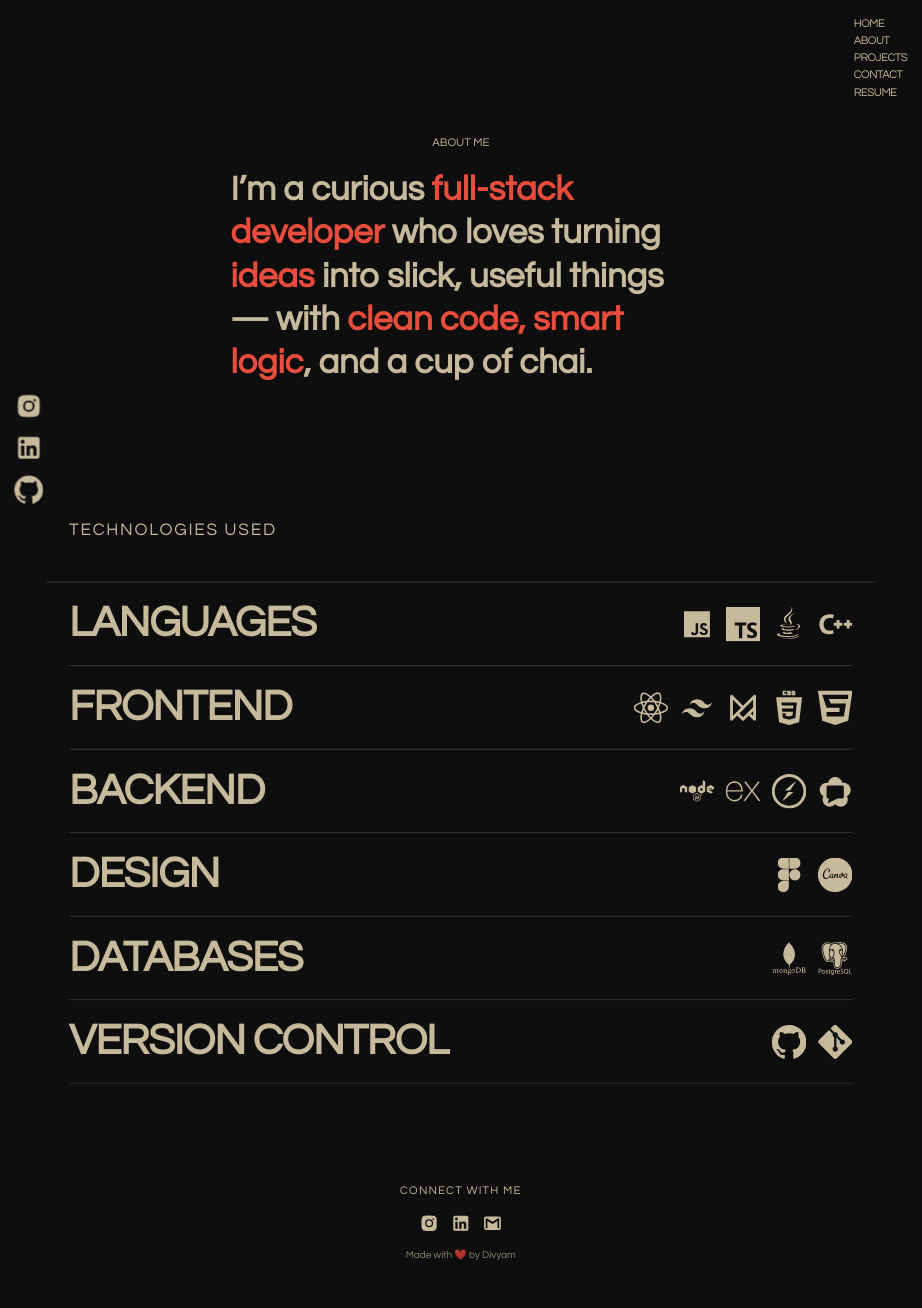
Repository: divyamGNH/DivyamPF
Page: /about
These files come from the project's save history. The page is drawn as it stood at one moment and after the next save; the edit follows.
The browser window is 1280 px wide. The pictures show the whole page, at 72% of full size.
The project was rebuilt for these pictures with package versions that can differ from the ones it lists, and the page was loaded fresh each time. Also part of the build but not shown: vite.config.js, src/App.css, src/components/MaskLayer.jsx, src/pages/Landing.jsx, src/pages/topProjects.jsx, src/pages/Home.jsx, src/pages/TimeLine.jsx, src/pages/ProjectLanding.jsx and 2 more.

Above is the page before, as saved 2025-12-21 04:08:52.

### index.html
<!doctype html>
<html lang="en">
  <head>
    <meta charset="UTF-8" />
    <meta name="viewport" content="width=device-width, initial-scale=1.0" />
    <title>DivyamPF</title>
    <link href="https://fonts.googleapis.com/css2?family=Poppins:wght@100..900&family=Questrial&display=swap" rel="stylesheet">
  </head>
  <body>
    <div id="root"></div>
    <script type="module" src="/src/main.jsx"></script>
  </body>
</html>

### src/App.jsx
import { BrowserRouter as Router, Routes, Route } from "react-router-dom";
import { useEffect, useState } from "react";
import "./App.css";

import Home from "./pages/Home";
import About from "./pages/About.jsx";
import Projects from "./pages/Projects.jsx";

import useMouseTracking from "./Hooks/useMouseTracking.js";
import CursorFollower from "./components/CursorFollower.jsx";
import Footer from "./pages/Footer.jsx";

function App() {
  const [enableCursor, setEnableCursor] = useState(false);

  useEffect(() => {
    const checkDevice = () => {
      const isLargeScreen = window.innerWidth >= 768;
      const hasFinePointer = window.matchMedia("(pointer: fine)").matches;

      setEnableCursor(isLargeScreen && hasFinePointer);
    };

    checkDevice();
    window.addEventListener("resize", checkDevice);

    return () => window.removeEventListener("resize", checkDevice);
  }, []);

  // only track mouse if cursor is enabled
  useMouseTracking();

  return (
    <Router>
      {enableCursor && <CursorFollower />}

      <Routes>
        <Route path="/" element={<Home />} />
        <Route path="/about" element={<About />} />
        <Route path="/projects" element={<Projects />} />
      </Routes>

      <Footer />
    </Router>
  );
}

export default App;

### src/index.css
@import url('https://fonts.googleapis.com/css2?family=Poppins:wght@100..900&family=Questrial&display=swap');
@import "tailwindcss";

body {
  margin: 0;
  background-color: #0E0E0E;
  font-family: 'Questrial', sans-serif;
}

### src/pages/About.jsx
import Socials from "./Socials";
import Navigations from "./Navigations";
import AboutLanding from "./AboutLanding";
import TechStack from "./TechStack";
import Footer from "./Footer";
import ScrolltoAnimate from "../animations/ScrolltoAnimate.jsx";
import TimeLine from "./TimeLine.jsx";

const About = () => {
  return (
    <div>
      <Socials />
      <Navigations />
      <AboutLanding/>
      <ScrolltoAnimate>
        <TechStack/>
      </ScrolltoAnimate>

      {/* <div className="h-[10vh]"></div> */}
      {/* <TimeLine/> */}
      <div className="h-[10vh]"></div>
    </div>
  );
};

export default About;

### src/Hooks/useMouseTracking.js
import {useEffect} from "react";
import useMouseStore from "../Store/useMouseStore";

const useMouseTracking = ()=>{
    const setPosition = useMouseStore(state => state.setPosition);

    useEffect(()=>{
        const handleMouseMove = (e) => {
            setPosition(e.clientX, e.clientY);
        };

        window.addEventListener('mousemove', handleMouseMove);

        return () => {
            window.removeEventListener('mousemove', handleMouseMove);
        };
    },[setPosition]);
}

export default useMouseTracking;

### src/pages/Footer.jsx
function Footer() {
  return (
    <div
      id="footer"
      className="relative w-full max-w-full overflow-x-hidden bg-[#0E0E0E] text-[#C7B99B] py-16 z-51"
    >
      <div className="flex flex-col items-center text-center gap-5">

        {/* TITLE */}
        <p className="tracking-widest text-md sm:text-base">
          CONNECT WITH ME
        </p>

        {/* SOCIAL ICONS */}
        <div className="flex items-center gap-4">
          <a href="https://www.instagram.com/divvvvvyam/" className="hover:opacity-80 transition" target="_blank" rel="noopener noreferrer">
            <img src="./instaIcon.svg" alt="Instagram" className="w-7 h-7" />
          </a>

          <a href="https://www.linkedin.com/in/divyam-khandelwal-b54594338/" className="hover:opacity-80 transition" target="_blank" rel="noopener noreferrer">
            <img src="./linkedinIcon.svg" alt="LinkedIn" className="w-7 h-7" />
          </a>

          <a href="https://mail.google.com/mail/?view=cm&fs=1&to=divyamproff1521@gmail.com" target="_blank" rel="noopener noreferrer" className="hover:opacity-80 transition">
            <img src="./gmailIcon.svg" alt="Email" className="w-7 h-7" />
          </a>

        </div>

        {/* FOOTER NOTE */}
        <p className="text-sm opacity-70">
          Made with ❤️ by Divyam
        </p>

      </div>
    </div>
  );
}

export default Footer;

### src/pages/Socials.jsx
const Socials = () => {
  return (
    <div>
      <div className="fixed bottom-5 left-5 flex flex-col gap-4.5 z-50">
        <a href="https://www.instagram.com/divvvvvyam/" target="_blank" rel="noopener noreferrer">
          <img src="/instaIcon.svg" alt="Instagram" className="gap-4.5 size-10"/>
        </a>
        <a href="https://www.linkedin.com/in/divyam-khandelwal-b54594338/" target="_blank" rel="noopener noreferrer">
          <img src="/linkedinIcon.svg" alt="LinkedIn" className="gap-4.5 size-10"/>
        </a>
        <a href="http://github.com/divyamGNH" target="_blank" rel="noopener noreferrer">
          <img src="/github.svg" alt="GitHub" className="gap-4.5 size-10"/>
        </a>
      </div>
    </div>
  );
};

export default Socials;

### src/pages/Navigations.jsx
import { animate } from "framer-motion";

const Navigations = () => {
  const handleScroll = () => {
    const footer = document.getElementById("footer");
    if (footer) {
      const targetY = footer.getBoundingClientRect().top + window.pageYOffset;

      animate(window.scrollY, targetY, {
        duration: 1.2,
        ease: [0.42, 0, 0.58, 1],
        onUpdate: (latest) => window.scrollTo(0, latest),
      });
    }
  };

  return (
    <div className="text-[#C7B99B]">
      <div className="fixed flex flex-col tracking-tighter right-5 top-5 gap-0.8 z-50 text-md">
        <a href="/">HOME</a>
        <a href="/about">ABOUT</a>
        <a href="/projects">PROJECTS</a>
        <a onClick={ handleScroll}>
          CONTACT
        </a>
        <a href="./Divyam-Resume.pdf" target="_blank" rel="noopener norefferer">RESUME</a>
      </div>
    </div>
  );
};

export default Navigations;

### src/animations/ScrolltoAnimate.jsx
import { motion } from "framer-motion";

export default function ScrolltoAnimate({ children }) {
  return (
    <motion.div
      initial={{ opacity: 0 }}
      whileInView={{ opacity: 1 }}
      exit={{ opacity: 0 }}
      transition={{ duration: 0.6, ease: "easeInOut" }}
      viewport={{ amount: 0.3, once: false }}
    >
      {children}
    </motion.div>
  );
}

### src/pages/AboutLanding.jsx
"use client";

import { useEffect, useState } from "react";
import MaskLayer from "../components/MaskLayer.jsx";
import useMouseStore from "../Store/useMouseStore";

function AboutLanding() {
  const setHover = useMouseStore((s) => s.setHover);
  const setMouse = useMouseStore((s) => s.setMouse);

  const [enableHover, setEnableHover] = useState(false);

  useEffect(() => {
    // cursor outside viewport on load
    setMouse(-9999, -9999);

    const checkDevice = () => {
      const isLargeScreen = window.innerWidth >= 768;
      const hasFinePointer = window.matchMedia("(pointer: fine)").matches;

      setEnableHover(isLargeScreen && hasFinePointer);
    };

    checkDevice();
    window.addEventListener("resize", checkDevice);

    return () => window.removeEventListener("resize", checkDevice);
  }, [setMouse]);

  return (
    <div className="relative min-h-[100svh] w-full max-w-full overflow-x-hidden font-[Questrial] bg-[#0E0E0E]">

      {/* ---------- MASK / HOVER (DESKTOP ONLY) ---------- */}
      {enableHover ? (
        <MaskLayer>
          <div
            onMouseEnter={() => setHover(true)}
            onMouseLeave={() => setHover(false)}
            className="
              absolute top-1/2 left-1/2
              -translate-x-1/2 -translate-y-1/2
              pointer-events-auto
              inline-block
            "
            style={{ background: "transparent" }}
          >
            <div className="pointer-events-none max-w-[800px] text-left">
              <p className="text-[14px] sm:text-[16px] text-black mb-6 text-center">
                ABOUT ME
              </p>

              <p
                className="
                  font-extrabold text-black leading-tight
                  text-xl sm:text-4xl md:text-5xl
                "
              >
                I’ve shipped code at 2AM, broken production by accident, and Googled
                the same bug five times — but hey, that’s how the magic really happens.
              </p>
            </div>
          </div>
        </MaskLayer>
      ) : null}

      {/* ---------- VISIBLE TEXT (ALL DEVICES) ---------- */}
      <div
        className="
          absolute top-1/2 left-1/2
          -translate-x-1/2 -translate-y-1/2
          z-[1]
          max-w-[800px]
          text-left
          scale-[1.15] sm:scale-100
        "
      >
        <p className="text-[14px] sm:text-[16px] text-[#C7B99B] mb-6 text-center">
          ABOUT ME
        </p>

        <p
          className="
            font-extrabold text-[#C7B99B] leading-tight
            text-2xl sm:text-4xl md:text-5xl
          "
        >
          I’m a curious{" "}
          <span className="text-[#E74C3C]">full-stack developer</span>{" "}
          who loves turning{" "}
          <span className="text-[#E74C3C]">ideas</span>{" "}
          into slick, useful things — with{" "}
          <span className="text-[#E74C3C]">clean code, smart logic</span>,
          and a cup of chai.
        </p>
      </div>
    </div>
  );
}

export default AboutLanding;

### src/pages/TechStack.jsx
// Helper function to render icons
function renderIcons(icons) {
  return icons.map((icon, index) => (
    <div
      key={index}
      className="
        h-10 w-10 sm:h-12 sm:w-12
        flex items-center justify-center
      "
    >
      <img
        src={icon.src}
        alt={icon.alt || "icon"}
        className="h-full w-full object-contain"
      />
    </div>
  ));
}

function StackBlock({ name, icons }) {
  return (
    <div>
      <div
        className="
          flex flex-row justify-between items-center
          px-6 sm:px-10 md:px-16 lg:px-24
          py-5
        "
      >
        {/* STACK NAME — hidden on phones */}
        <p
          className="
            hidden sm:block
            max-w-[60%]
            text-4xl sm:text-5xl md:text-6xl
            font-extrabold uppercase
            tracking-tight leading-tight
          "
        >
          {name}
        </p>

        {/* ICONS — always visible */}
        <div className="flex gap-4 shrink-0">
          {renderIcons(icons)}
        </div>
      </div>

      {/* SEPARATOR */}
      <hr className="opacity-30 mx-6 sm:mx-10 md:mx-16 lg:mx-24" />
    </div>
  );
}

const TechStack = () => {
  const techStacks = [
    {
      name: "Languages",
      icons: [
        { src: "/jsIcon.svg", alt: "JavaScript" },
        { src: "/tsIcon.svg", alt: "TypeScript" },
        { src: "/javaIcon.svg", alt: "Java" },
        { src: "/cppIcon.svg", alt: "C++" },
      ],
    },
    {
      name: "Frontend",
      icons: [
        { src: "/reactIcon.svg", alt: "React" },
        { src: "/tailwindIcon.svg", alt: "HTML" },
        { src: "/framerIcon.svg", alt: "Framer Motion" },
        { src: "/cssIcon.svg", alt: "CSS" },
        { src: "/htmlIcon.svg", alt: "HTML" },
      ],
    },
    {
      name: "Backend",
      icons: [
        { src: "/nodeIcon.svg", alt: "Node.js" },
        { src: "/expressIcon.svg", alt: "Express.js" },
        { src: "/socketioIcon.svg", alt: "Socket.io" },
        { src: "/webRTCIcon.svg", alt: "WebRTC" },
      ],
    },
    {
      name: "Design",
      icons: [
        { src: "/figmaIcon.svg", alt: "Figma" },
        { src: "/canvaIcon.svg", alt: "Canva" },
      ],
    },
    {
      name: "Databases",
      icons: [
        { src: "/mongodbIcon.svg", alt: "MongoDB" },
        { src: "/postgresIcon.svg", alt: "PostgreSQL" },
      ],
    },
    {
      name: "Version Control",
      icons: [
        { src: "/github.svg", alt: "GitHub" },
        { src: "/gitIcon.svg", alt: "Git" },
      ],
    },
  ];

  return (
    <div className="relative w-full max-w-full overflow-x-hidden bg-[#0E0E0E] text-[#C7B99B]">
      {/* SCALE WRAPPER (phone only) */}
      <div className="scale-[0.85] sm:scale-100 origin-top">
        {/* SECTION TITLE */}
        <p
          className="
            text-xl sm:text-2xl
            px-6 sm:px-10 md:px-16 lg:px-24
            mb-14 tracking-widest
          "
        >
          TECHNOLOGIES USED
        </p>

        <div>
          <hr className="opacity-30 mx-6 sm:mx-10 md:mx-16 lg:px-24" />

          {techStacks.map((stack, index) => (
            <StackBlock
              key={index}
              name={stack.name}
              icons={stack.icons}
            />
          ))}
        </div>
      </div>
    </div>
  );
};

export default TechStack;

### src/Store/useMouseStore.js
import { create } from "zustand";

const useMouseStore = create((set) => ({
  // State
  x: 0,
  y: 0,
  hover: false,   // NEW BOOLEAN STATE

  // Actions
  setPosition: (x, y) => set({ x, y }),
  setHover: (value) => set({ hover: value }),  // NEW ACTION
  setMouse:(x,y) => set({x,y}),
}));

export default useMouseStore;

Loaded but not shown: src/main.jsx (common file)

After the next save:
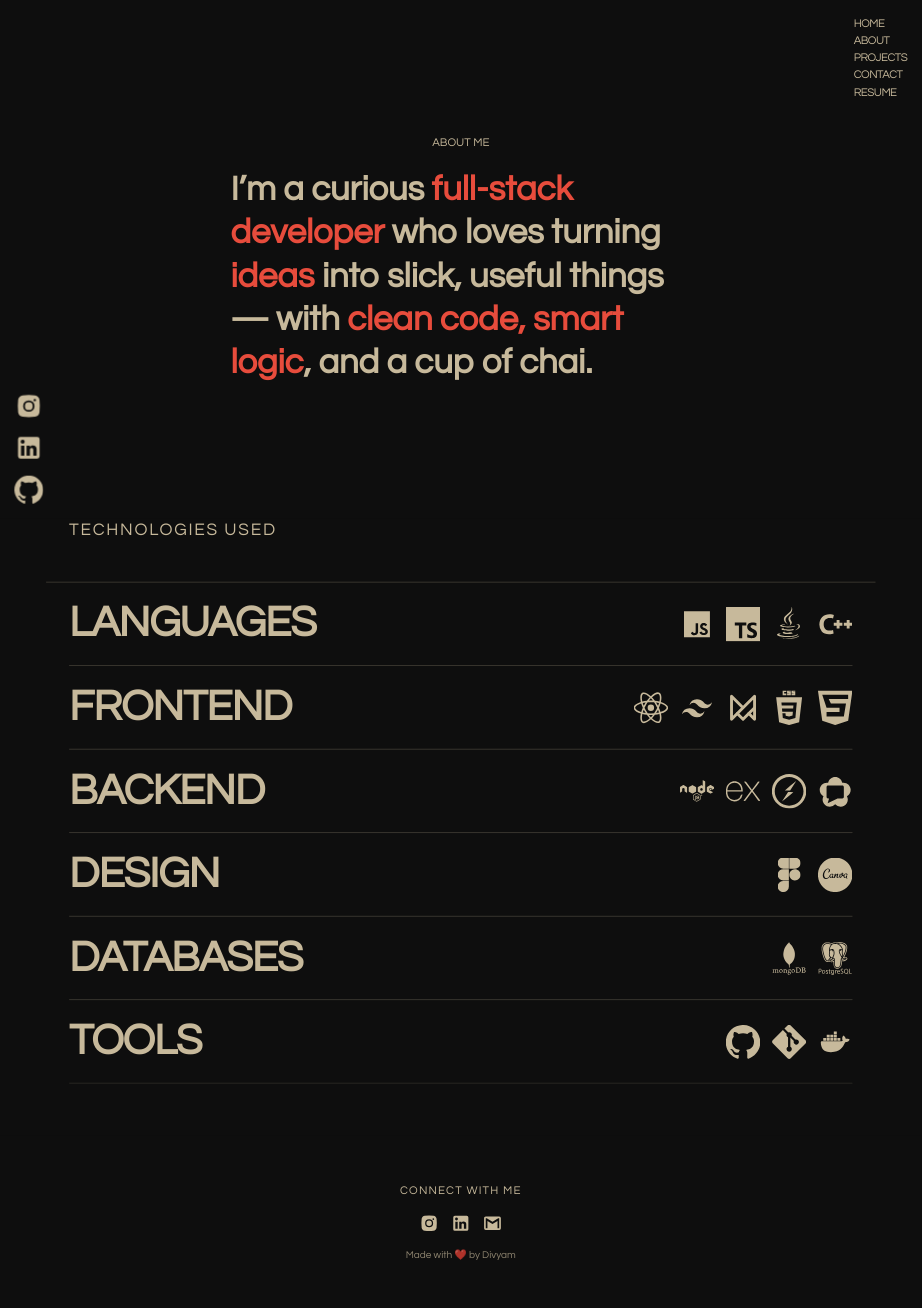
Saved 3 days later.
--- a/src/pages/TechStack.jsx
+++ b/src/pages/TechStack.jsx
@@ -97,10 +97,11 @@
       ],
     },
     {
-      name: "Version Control",
+      name: "TOOLS",
       icons: [
         { src: "/github.svg", alt: "GitHub" },
         { src: "/gitIcon.svg", alt: "Git" },
+        { src: "/dockerIcon.svg", alt: "Docker" },
       ],
     },
   ];
